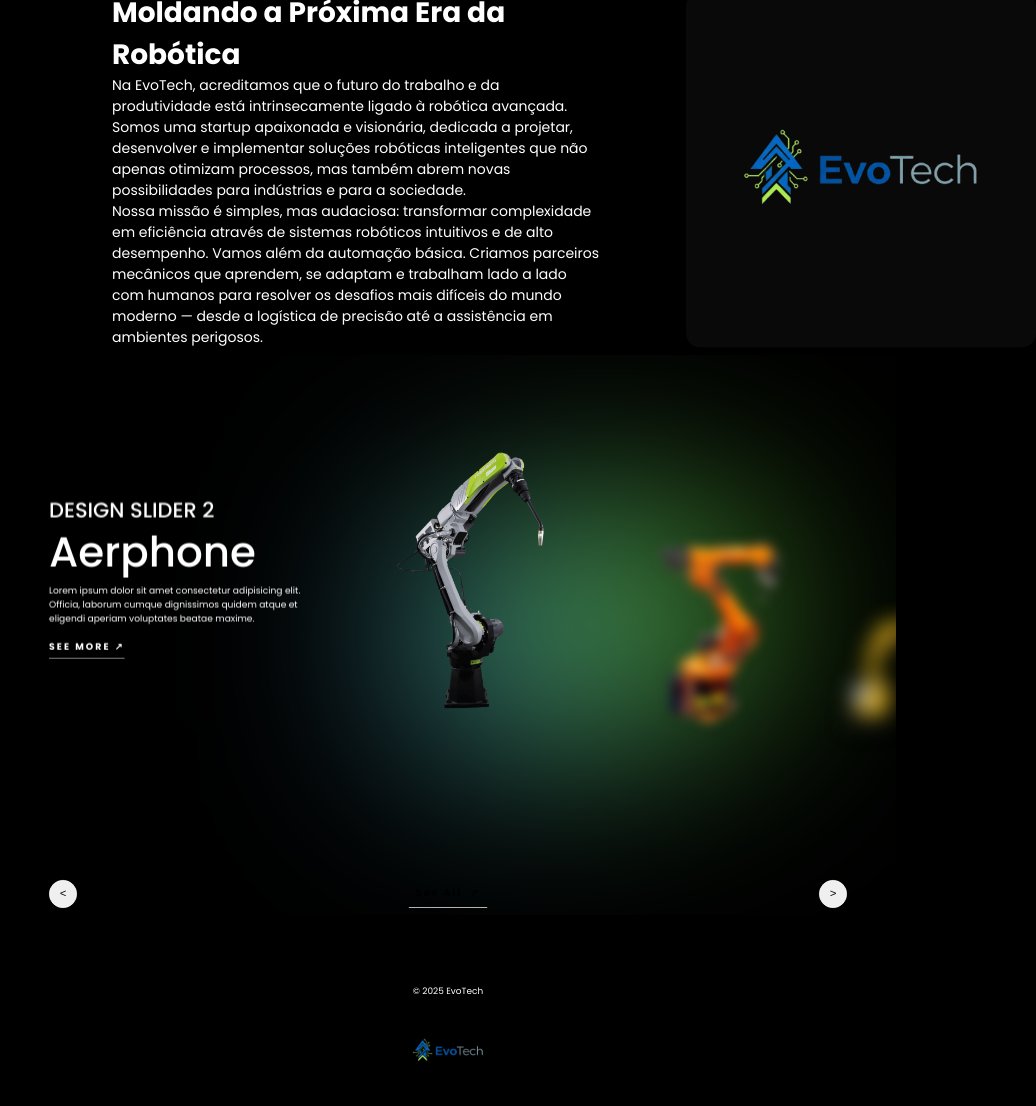
Repository: IsaacDEV10/EvoTech
Page: /
The author's editor kept a copy of each file at every save. The page is drawn from the files as they stood at one save, then again after a run of saves.
The browser window is 1280 px wide. The page is 1480 px wide, so the pictures cover 1480 px, including what lies to the right of the window. The pictures show the part of the page from y = 793 to 2473 px (the page is 2373 px tall before and 2473 px after), at 70% of full size.
The project was rebuilt for these pictures with package versions that can differ from the ones it lists, and the page was loaded fresh each time. Also part of the build but not shown: vite.config.js, src/App.css.

Above is the page before, as saved 2025-10-28 09:04:11.

### index.html
<!doctype html>
<html lang="en">
  <head>
    <meta charset="UTF-8" />
    <link rel="icon" type="image/svg+xml" href="/vite.svg" />
    <meta name="viewport" content="width=device-width, initial-scale=1.0" />
    <title>startup</title>
  </head>
  <body>
    <div id="root"></div>
    <script type="module" src="/src/main.jsx"></script>
  </body>
</html>

### src/index.css
@import url('https://fonts.googleapis.com/css2?family=Poppins:ital,wght@0,100;0,200;0,300;0,400;0,500;0,600;0,700;0,800;0,900;1,100;1,200;1,300;1,400;1,500;1,600;1,700;1,800;1,900&display=swap');

* {
  font-family: "poppins", sans-serif;
  margin: 0;
  box-sizing: border-box;
}

body {
  background: black ;

}

### src/App.jsx
import React from 'react';
import './App.css';
import Header from './components/Header/header';
import Hero from './components/Hero/hero';
import About from './components/About/about';
import Missao from './components/Missao/missao';
import Carousel from './components/Carousel/carousel';
import Footer from './components/Footer/footer';




const App = () => {
  return (
    <>
      <Header />
      <Hero />
      <About/>
      <Missao />
      <Carousel />
      <Footer />
    </>
  );
}

export default App;

### src/components/Header/header.jsx
import React from 'react'
import './header.css'
import logo from '../../assets/evotech.png'
import Contact from '../Contact/contact'


const Header = () => {
  return (
    <nav className='nav-wrapper'>
        <div className='nav-content'>
            <img className='logo' src={logo} alt="" />
            <ul>
                <li>
                    <a className='menu-item' href="">Home</a>
                </li>

                <li>
                    <a className='menu-item' href="">Sobre</a>
                </li>

                <li>
                    <a className='menu-item' href="">Projetos</a>
                </li>
                <Contact/>
            </ul>
        </div>
    </nav>
  )
}

export default Header

### src/components/Hero/hero.jsx
import React from "react";
import "./hero.css";
import heroImage from "../../assets/bg-evotech.png";

const Hero = () => {
  return (
    <section className="hero-container" id="home">
        <div className="hero-content">
            <img className="img-bg" src={heroImage} alt="hero" />
        </div>
        <div className="description">
            <h1>
                Inovação e Tecnologia para o Futuro
            </h1>
            <p>
                Na Evotech, estamos comprometidos em transformar ideias em soluções tecnológicas inovadoras que impulsionam o futuro. Junte-se a nós nessa jornada de inovação!
            </p>
        </div>
    </section>
  );
};

export default Hero;

### src/components/About/about.jsx
import React from "react";
import "./about.css";
import Logo from "../../assets/evotech.png"

const About = () => {
    return (
        <section className="about-container" id="home">
            <div className="about-content">
                <div className="about-text-content">
                    <h1>Moldando a Próxima Era da Robótica</h1>
                    <p>Na EvoTech, acreditamos que o futuro do trabalho e da produtividade está intrinsecamente ligado à robótica avançada. Somos uma startup apaixonada e visionária, dedicada a projetar, desenvolver e implementar soluções robóticas inteligentes que não apenas otimizam processos, mas também abrem novas possibilidades para indústrias e para a sociedade. <br /> Nossa missão é simples, mas audaciosa: transformar complexidade em eficiência através de sistemas robóticos intuitivos e de alto desempenho.

Vamos além da automação básica. Criamos parceiros mecânicos que aprendem, se adaptam e trabalham lado a lado com humanos para resolver os desafios mais difíceis do mundo moderno — desde a logística de precisão até a assistência em ambientes perigosos.</p>
                </div>
                <div className="about-image">
                    <img src={Logo} alt="Logo da EvoTech" />
                </div>
            </div>
        </section>
    );
};

export default About;

### src/components/Missao/missao.jsx
import React from "react";
import Carousel from "../Carousel/carousel";



const Missao = () => {
    return (
        <section>
        </section>
    );
};

export default Missao;

### src/components/Carousel/carousel.jsx
import React, { useState, useRef, useEffect } from 'react';
import './carousel.css';
import Robo1 from '../../assets/robo-1.png';
import Robo2 from '../../assets/robo-2.png';
import Robo3 from '../../assets/robo-3.png';
import Robo4 from '../../assets/robo-4.png';
import Robo5 from '../../assets/robo-5.png';
import Robo6 from '../../assets/robo-6.png';

const initialItemsData = [
  {
    id: 1,
    imgSrc: Robo1,
    title: 'DESIGN SLIDER 1',
    topic: 'Aerphone',
    des: 'Lorem ipsum dolor sit amet consectetur adipisicing elit. Officia, laborum cumque dignissimos quidem atque et eligendi aperiam voluptates beatae maxime.',
    detailTitle: 'Aerphone GHTK 1',
    detailDes: 'Lorem ipsum dolor sit amet, consectetur adipisicing elit. Dolor, reiciendis suscipit nobis nulla animi, modi explicabo quod corrupti impedit illo, accusantium in eaque nam quia adipisci aut distinctio porro eligendi. Reprehenderit nostrum consequuntur ea! Accusamus architecto dolores modi ducimus facilis quas voluptatibus! Tempora ratione accusantium magnam nulla tenetur autem beatae.',
  },
  {
    id: 2,
    imgSrc: Robo2,
    title: 'DESIGN SLIDER 2',
    topic: 'Aerphone',
    des: 'Lorem ipsum dolor sit amet consectetur adipisicing elit. Officia, laborum cumque dignissimos quidem atque et eligendi aperiam voluptates beatae maxime.',
    detailTitle: 'Aerphone GHTK 2',
    detailDes: 'Lorem ipsum dolor sit amet, consectetur adipisicing elit. Dolor, reiciendis suscipit nobis nulla animi, modi explicabo quod corrupti impedit illo, accusantium in eaque nam quia adipisci aut distinctio porro eligendi. Reprehenderit nostrum consequuntur ea! Accusamus architecto dolores modi ducimus facilis quas voluptatibus! Tempora ratione accusantium magnam nulla tenetur autem beatae.',
  },
  { id: 3, imgSrc: Robo3, title: 'DESIGN SLIDER 3', topic: 'Aerphone' },
  { id: 4, imgSrc: Robo4, title: 'DESIGN SLIDER 4', topic: 'Aerphone' },
  { id: 5, imgSrc: Robo5, title: 'DESIGN SLIDER 5', topic: 'Aerphone' },
  { id: 6, imgSrc: Robo6, title: 'DESIGN SLIDER 6', topic: 'Aerphone' },
];

function Carousel() {
  const [items, setItems] = useState(initialItemsData);
  const [carouselClass, setCarouselClass] = useState('');
  const [isClickDisabled, setIsClickDisabled] = useState(false);
  const timeoutRef = useRef(null);

  useEffect(() => {
    return () => {
      if (timeoutRef.current) {
        clearTimeout(timeoutRef.current);
      }
    };
  }, []);

  const showSlider = (type) => {
    if (isClickDisabled) return;
    setIsClickDisabled(true);
    setCarouselClass(type);

    if (type === 'next') {
      setItems((prevItems) => {
        const [first, ...rest] = prevItems;
        return [...rest, first];
      });
    } else {
      setItems((prevItems) => {
        const last = prevItems[prevItems.length - 1];
        const rest = prevItems.slice(0, -1);
        return [last, ...rest];
      });
    }

    if (timeoutRef.current) {
      clearTimeout(timeoutRef.current);
    }

    timeoutRef.current = setTimeout(() => {
      setIsClickDisabled(false);
    }, 2000);
  };

  const handleSeeMore = () => {
    setCarouselClass('showDetail');
  };

  const handleBack = () => {
    setCarouselClass('');
  };

  return (
    <>
      <div className={`carousel ${carouselClass}`}>
        <div className="list">
          {items.map((item) => (
            <div className="item" key={item.id}>

              <img src={item.imgSrc} alt="" />
              <div className="introduce">
                <div className="title">{item.title || 'DESIGN SLIDER'}</div>
                <div className="topic">{item.topic || 'Aerphone'}</div>
                <div className="des">
                  {item.des || 'Lorem ipsum dolor sit amet...'}
                </div>
                <button className="seeMore" onClick={handleSeeMore}>
                  SEE MORE &#8599;
                </button>
              </div>
              <div className="detail">
                <div className="title">{item.detailTitle || 'Aerphone GHTK'}</div>
                <div className="des">
                  {item.detailDes || 'Lorem ipsum dolor sit amet...'}
                </div>
                <div className="specifications">
                  <div><p>Used Time</p><p>6 hours</p></div>
                  <div><p>Charging port</p><p>Type-C</p></div>
                  <div><p>Compatible</p><p>Android</p></div>
                  <div><p>Bluetooth</p><p>5.3</p></div>
                  <div><p>Controlled</p><p>Touch</p></div>
                </div>
                <div className="checkout">
                  <button>ADD TO CART</button>
                  <button>CHECKOUT</button>
                </div>
              </div>
            </div>
          ))}
        </div>
        <div className="arrows">
          <button id="prev" onClick={() => showSlider('prev')} disabled={isClickDisabled}>
            &lt;
          </button>
          <button id="next" onClick={() => showSlider('next')} disabled={isClickDisabled}>
            &gt;
          </button>
          <button id="back" onClick={handleBack}>
            See All&nbsp; &#8599;
          </button>
        </div>
      </div>
    </>
  );
}

export default Carousel;

### src/components/Footer/footer.jsx
import React from 'react'
import './footer.css'
import Logo from '../../assets/evotech.png';

const Footer = () => {
  return (
    <div className='footer'>
        <p>© 2025 EvoTech</p>
        <img src={Logo} alt="" />
    </div>
  )
}

export default Footer

### src/components/Header/header.css
.nav-wrapper {
    width: 100%;
    height: 110px;
    background-color: rgba(0, 0, 0, 0.293);
    padding: 5px;
    position: fixed;
    top: 0;
    z-index: 30;
}

.nav-content {
    max-width: 1850px;
    height: 120px;
    display: flex;
    align-items: center;
    justify-content: space-between;

}

.logo {
    width: 270px;
    height: auto;
}

.nav-content ul {
    display: flex;
    align-items: center;
    gap: 0.5rem;
    list-style: none;
}

.nav-content li {
    margin: 0 1.5rem;
}

.menu-item {
    text-decoration: none;
    font-size: 1.05rem;
    font-weight: 500;
    color: #ffff;
    position: relative;
    cursor: pointer;

}

.menu-item::before {
    content: " ";
    width: 2rem;
    height: 0.2rem;
    background: #2D6FBF;
    border-radius: 10px;
    position: absolute;
    bottom: -0.6rem;
    opacity: 0;
    transform: translateX(-1.5rem);
    transition: all 0.3s ease;
}

.menu-item:hover::before {
    width: 100%;
    transform: translateX(0);
    opacity: 1;
}

.contact-btn {
    font-size: 0.9rem;
    font-weight: 500;
    display: flex;
    align-items: center;
    justify-content: center;
    color: #fff;
    background:#2D6FBF;
    padding: 0.6rem 2rem;
    border: none;
    outline: 1.5px solid transparent;
    border-radius: 10px;
    cursor: pointer;
    transition: all 0.3s ease;
}

.contact-btn a {
    text-decoration: none;
    color: #fff;
}

.contact-btn:hover {
    color: black;
    background: #76F014;
    outline: 1.5px solid black;
}

.menu-btn {
    width: 2.5rem;
    height: 2.5rem;
    font-size: 1.5rem;
    display: flex;
    align-items: center;
    justify-content: center;
    color: #fff;
    border: none;
    border-radius: 0.4rem;
    background: linear-gradient(90deg, #6791fb 0%, #1e25ac 100%);
    line-height: 0;
    cursor: pointer;
    transition: all 0.4s ease;
    display: none;
}

.menu-btn:hover {
    color: #6791fb;
    background: #76F014;
    border: 1px solid transparent;
}

@media (max-width: 425px) {
    .logo {
        width: 100px;
        height: auto;
    }
    .nav-content ul {
        display: none;
        width: 100px;
    }
}

@media (max-width: 769px) {
    .menu-btn {
        display: block;
    }

    .nav-content ul {
        display: none;
        width: 100px;
    }
}

@media (max-width: 1325px) {
    .nav-wrapper {
        padding: 0 2rem;
    }
}

### src/components/Contact/contact.jsx
import React from 'react';
import Popup from 'reactjs-popup';
import './contact.css';
import { FaInstagram } from 'react-icons/fa';
import { MdPhone } from 'react-icons/md';
import { FiMail } from 'react-icons/fi';

const Contact = () => (
  <Popup
    trigger={<button className="contact-btn"> Contato </button>}
    modal
    animation="fade"
    overlayClassName="custom-overlay"
    contentClassName="custom-modal-content"
  >
    {close => (
      <div className="popup-container">
        {}
        <button
          onClick={close}
          className="popup-close-button"
        >
          &times;
        </button>

        {}
        <div className="popup-header">
          <h2>Fale Conosco!</h2>
          <p>Escolha o melhor canal de contato:</p>
        </div>


        {}
        <div className="icon-container">

          {}
          <a href="URL_DO_INSTAGRAM" target="_blank" rel="noopener noreferrer">
            {}
            <FaInstagram size={35} color="#E1306C" />
          </a>

          {}
          <a href="tel:+5511987654321">
            <MdPhone size={35} color="#25D366" />
          </a>

          {}
          <a href="mailto:seu.email@exemplo.com">
            <FiMail size={35} color="#DB4437" />
          </a>

        </div>


      </div>
    )}
  </Popup>
);

export default Contact;

### src/components/Hero/hero.css
.hero-container {
    height: auto;
    min-height: 100vh;
    width: 100%;
    position: relative;
    overflow: hidden;
    display: flex;
    align-items: center;
    justify-content: center;

}

.img-bg {
    width: 100%;
    height: 100%;
    object-fit: cover;
    position: absolute;
    top: 0;
    left: 0;
    z-index: 1;
}

.description {
    position: relative;
    z-index: 2;
    display: flex;
    align-items: center;
    justify-content: center;
    flex-direction: column;
    color: #fff;
    padding: 20px;
    text-align: center;
    max-width: 900px;
    height: 500px;
    margin: 0 auto;
    background-color: #00000081;
    border-radius: 30px;
}

.description h1 {
    font-size: 3.5rem; /* Ajuste para um tamanho grande, mas controlado */
    line-height: 1.2;
    margin-bottom: 15px;
    text-shadow: 3px 3px 6px rgba(0, 0, 0, 0.8);
    font-weight: bold;
}

.description p {
    font-size: 1.25rem; /* Ajuste para um tamanho mais moderado */
    line-height: 1.6;
    max-width: 600px; /* Reduzindo a largura máxima do parágrafo */
    text-shadow: 2px 2px 4px rgba(0, 0, 0, 0.7);
}

/* Media Queries para manter a responsividade em telas menores */
@media (max-width: 992px) {
    .description h1 {
        font-size: 3rem;
    }
    .description p {
        font-size: 1.15rem;
    }
}

@media (max-width: 768px) {
    .hero-container {
        min-height: 80vh;
    }
    .description h1 {
        font-size: 2.5rem; /* Tamanho bom para tablets e celulares grandes */
        margin-bottom: 10px;
    }
    .description p {
        font-size: 1rem;
        max-width: 90%;
    }
}

@media (max-width: 480px) {
    .description h1 {
        font-size: 2rem; /* Tamanho para celulares pequenos */
    }
    .description p {
        font-size: 0.95rem;
    }
}

### src/components/About/about.css
.about-container {
    padding: 60px 40px;
}

.about-content {
    display: flex;
    flex-direction: row;
    align-items: center;
    gap: 120px;
    max-width: 1500px;
    margin: 0 120px;
}

.about-text-content {
    flex: 1;
    color: #fff;
    min-width: 700px;
    font-family: 'Poppins', sans-serif;
}
.about-text-content h1 {
    font-size: 40px;
}

.about-text-content p {
    font-size: 20px
}

.about-image {
    flex: 1;
    width: 800px;
    text-align: center;
    background-color: #ffffff09;
    border-radius: 20px;
}

@media (max-width: 768px) {
    .about-content {
        flex-direction: column;
        text-align: center;
    }

    .about-text-content {
        order: 2;
    }

    .about-image {
        order: 1;
        width: 80%;
        margin-bottom: 20px;
    }
}

### src/components/Footer/footer.css
.footer {
    font-size: 0.8rem;
    text-align: center;
    background: #00000047;
    padding: 0rem;
    margin-top: 100px;
    color: #fff;
}

.footer img {
    width: 150px;
}

### src/components/Contact/contact.css
.custom-overlay {
  background-color: #282C34;
  transition: opacity 0.3s ease-in-out;
}

.contact-btn {
    font-size: 0.9rem;
    font-weight: 500;
    display: flex;
    align-items: center;
    justify-content: center;
    color: #fff;
    background:#2D6FBF;
    padding: 0.6rem 2rem;
    border: none;
    outline: 1.5px solid transparent;
    border-radius: 10px;
    cursor: pointer;
    transition: all 0.3s ease;
}

.contact-btn a {
    text-decoration: none;
    color: #fff;
}

.contact-btn:hover {
    color: black;
    background: #76F014;
    outline: 1.5px solid black;
}

.custom-modal-content {
    opacity: 0;
    animation: fadeIn 0.3s ease-in-out;
  z-index: 1000;
}

.popup-container{
  background-color: #282C34;
  padding: 50px !important;
  border-radius: 15px !important;
  border: none !important;
  box-shadow: 0 4px 12px rgba(0, 0, 0, 0.2) !important;
  animation: fadeIn 0.3s ease-in-out;
  z-index: 1000;
  width: 400px;
}

.popup-header {
  text-align: center;
  margin-bottom: 20px;
  color: #76F014;
}

.icon-container {
  display: flex;
  justify-content: space-around;
  margin-top: 30px;
  margin-bottom: 30px;
  padding: 20px;
}

.popup-close-button {
  position: absolute;
  top: 10px;
  right: 10px;
  border: none;
  background: none;
  font-size: 1.5rem;
  cursor: pointer;
  color: #ffffff;
}

.popup-footer-button {
  margin-top: 20px;
  padding: 10px 20px;
  cursor: pointer;
  border: 1px solid #ccc;
  border-radius: 4px;
  background-color: #f0f0f0;
  color: #333;
  width: 100%;
}

.custom-modal-content.popup-content-enter-active {
    opacity: 1 !important;
    transform: scale(1) !important;
}

.custom-overlay.popup-overlay-enter-active {
    opacity: 1 !important;
}

.custom-modal-content.popup-content-exit {
    opacity: 0 !important;
    transform: scale(0.95) !important;
}

.custom-overlay.popup-overlay-exit {
    opacity: 0 !important;
}

Loaded but not shown: src/main.jsx (common file); src/components/Carousel/carousel.css (438 lines, source omitted)

After the next 3 saves:
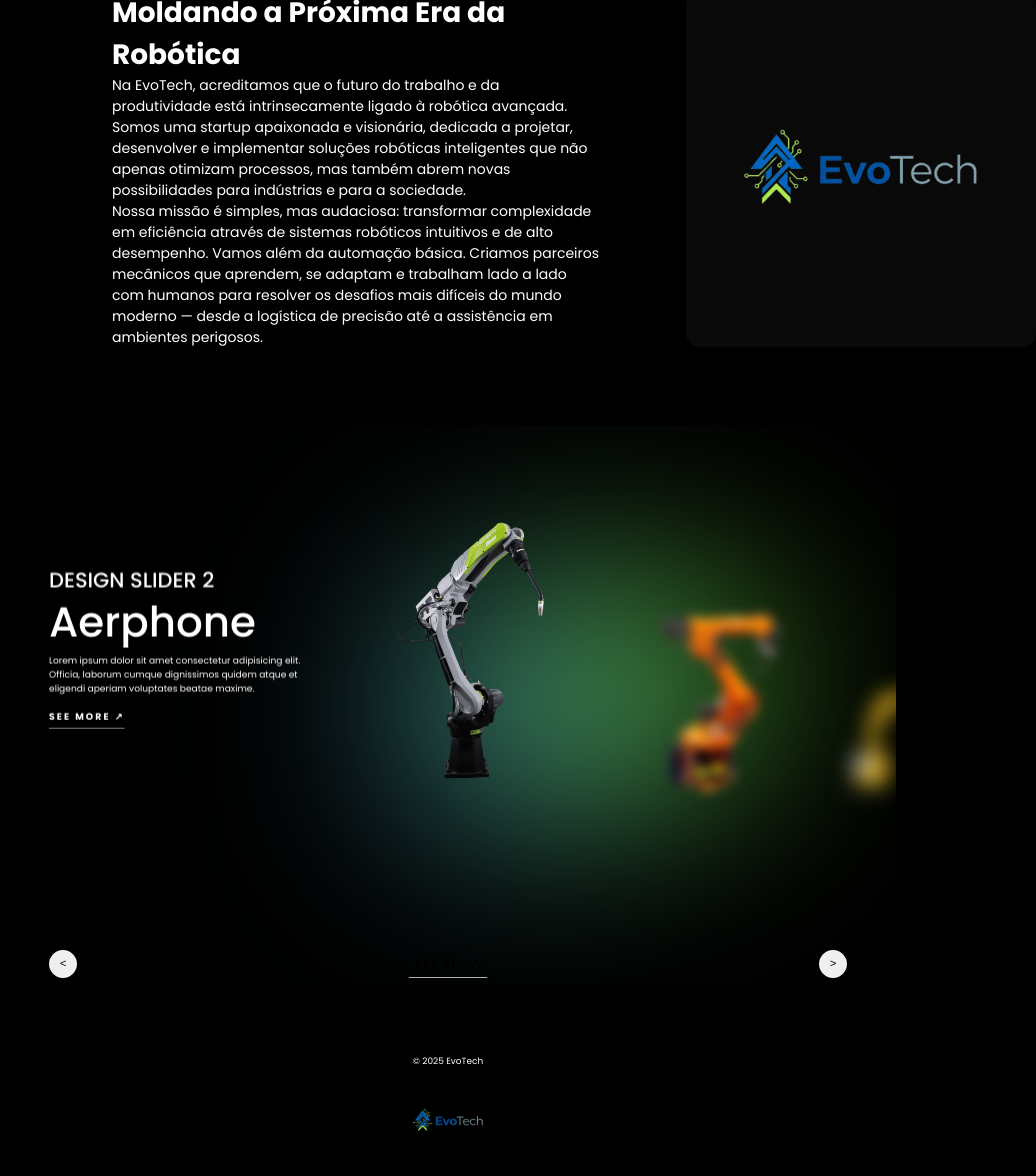
The 3 saves are shown as one change because they came seconds apart.
The last was saved 9 min 3 s later.
--- a/src/components/About/about.css
+++ b/src/components/About/about.css
@@ -1,5 +1,6 @@
 .about-container {
     padding: 60px 40px;
+    margin-bottom: 100px;
 }
 
 .about-content {
